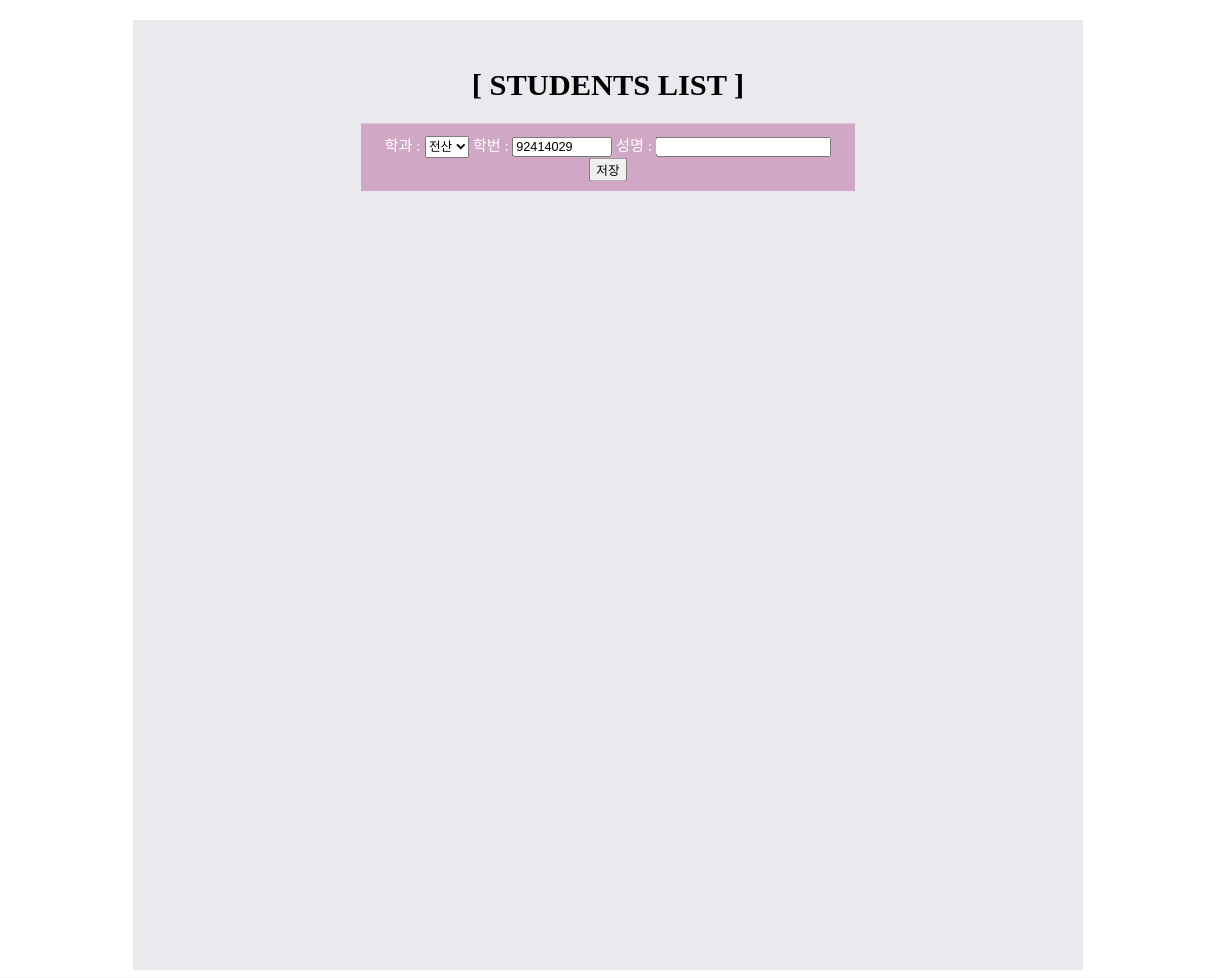
Repository: eeul07/html
Page: ex0508/WebContent/WEB-INF/students/slist.html
An editor plug-in stored every save of this project. The page is shown before and after the next save, followed by the edit.
The browser window is 1280 px wide. The pictures show the whole page, at 95% of full size.
Some web libraries are served in a nearby version.

Above is the page before, as saved 2020-05-08 01:10:53.

After the next save:
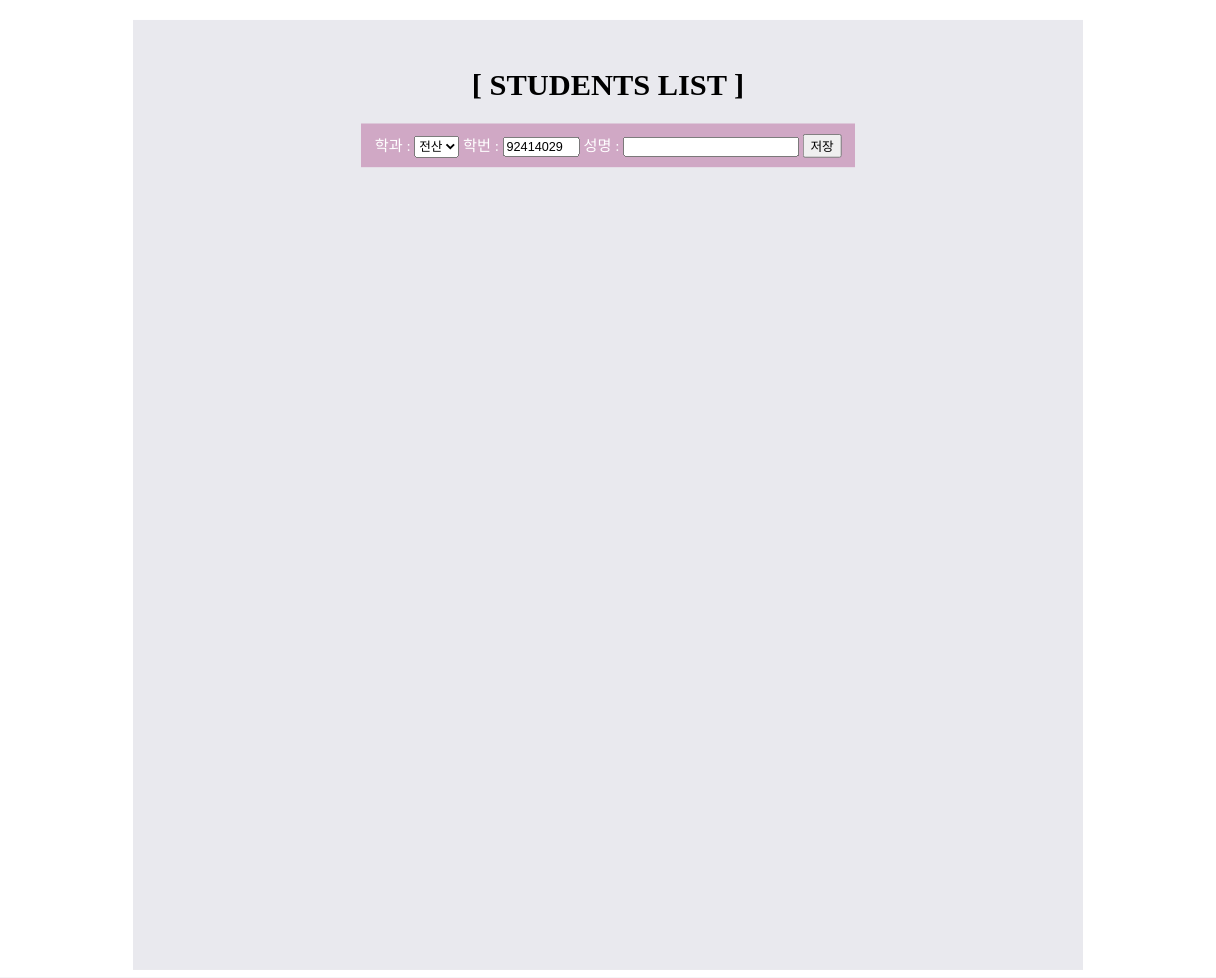
Saved 12 s later.
--- a/ex0508/WebContent/WEB-INF/students/slist.html
+++ b/ex0508/WebContent/WEB-INF/students/slist.html
@@ -23,7 +23,7 @@
 				<option>전자</option>
 				<option>건축</option>
 				</select>
-			학번 : <input type="text" id="scode" maxlength=8 size=10 value="92414029">
+			학번 : <input type="text" id="scode" maxlength=8 size=7 value="92414029">
 			성명 : <input type="text" id="sname">
 			<input type="button" id="btnSave" value="저장">
 		</div>
